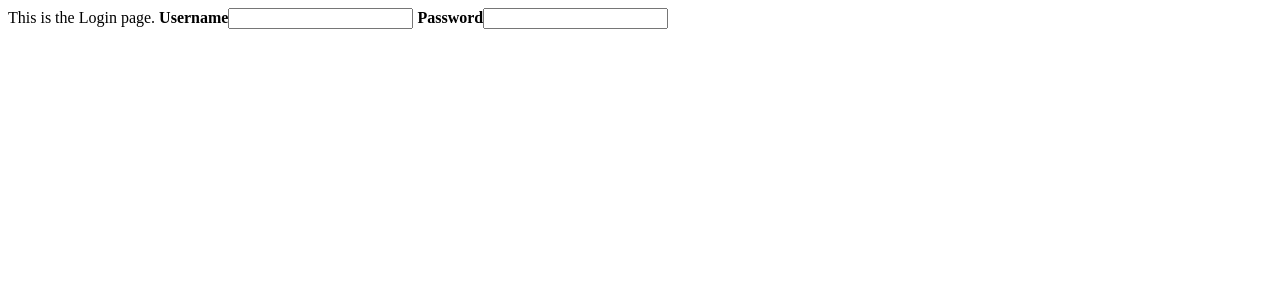
Repository: shivanii10/JavaCoreConcepts
Page: Servlet/src/main/webapp/Index.html
An editor plug-in stored every save of this project. The page is shown before and after the next save, followed by the edit.
The browser window is 1280 px wide. The pictures show the whole page.

Above is the page before, as saved 2022-03-21 09:53:04.

After the next save:
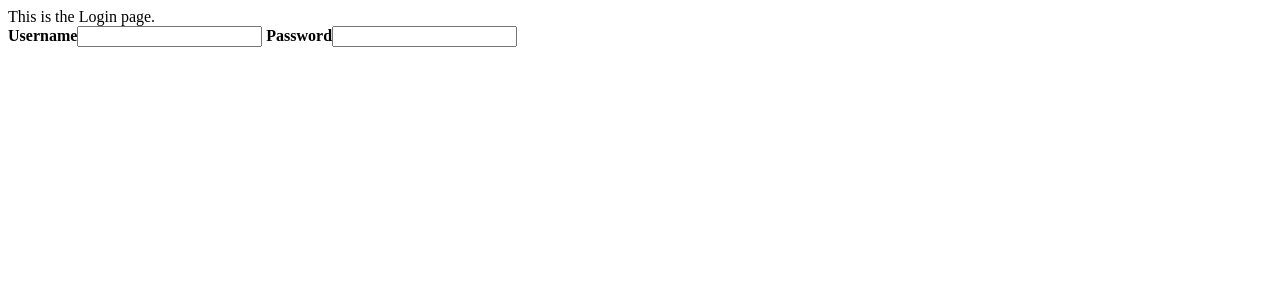
Saved 26 s later.
--- a/Servlet/src/main/webapp/Index.html
+++ b/Servlet/src/main/webapp/Index.html
@@ -5,7 +5,7 @@
 <title>Home Page</title>
 </head>
 <body>
-This is the Login page.
+This is the Login page.<br>
 <b>Username</b><input type="text">
 <b>Password</b><input type="password">
 </body>
